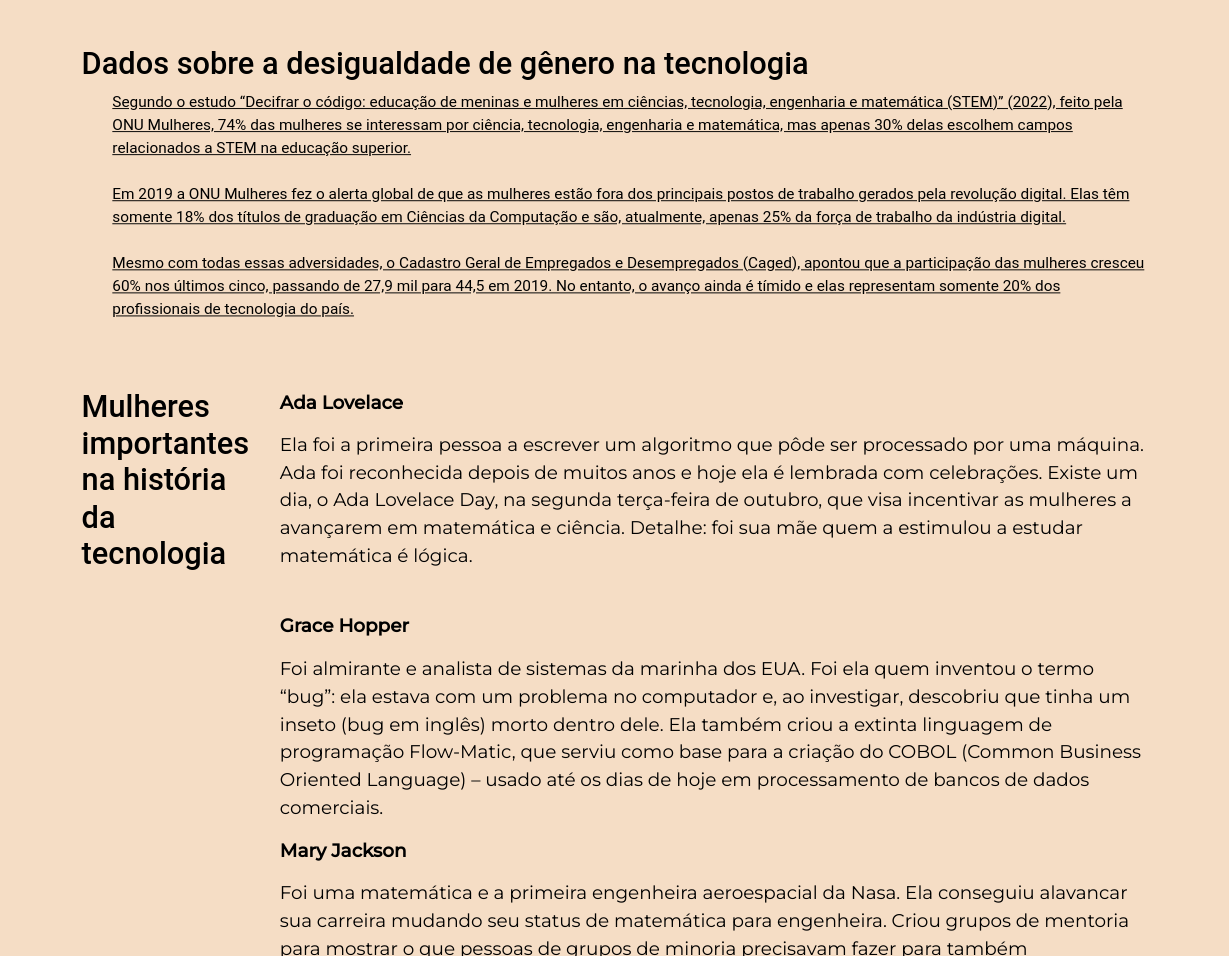
Repository: BellsBarbosa/ODS5_IGUALDADE_DE_GENERO
Page: index.html
An editor plug-in stored every save of this project. The page is shown before and after the next save, followed by the edit.
The browser window is 1280 px wide. The pictures show the part of the page from y = 1260 to 2256 px (the page is 3278 px tall before and 3192 px after), at 96% of full size.
A picture or video elsewhere on the page could not be fetched, so the positions and the page height are approximate.

Above is the page before, as saved 2023-08-11 15:18:27.

### index.html
<!DOCTYPE html>
<html lang="en">

<head>
    <meta charset="UTF-8">
    <meta name="viewport" content="width=device-width, initial-scale=1.0">
    <meta name="author" content="Isabel Barbosa, Bootstrap contributors">
    <title>ODS 5 - Igualdade de Gênero</title>
    <link href="https://cdn.jsdelivr.net/npm/bootstrap@5.3.0-alpha3/dist/css/bootstrap.min.css" rel="stylesheet"
        integrity="sha384-KK94CHFLLe+nY2dmCWGMq91rCGa5gtU4mk92HdvYe+M/SXH301p5ILy+dN9+nJOZ" crossorigin="anonymous">
    <link rel="stylesheet" href="https://cdn.jsdelivr.net/npm/bootstrap-icons@1.10.5/font/bootstrap-icons.css">
    <link rel="preconnect" href="https://fonts.googleapis.com">
    <link rel="preconnect" href="https://fonts.gstatic.com" crossorigin>
    <link
        href="https://fonts.googleapis.com/css2?family=Caveat:wght@500;700&family=Kalam&family=Montserrat:ital,wght@0,300;0,400;0,500;1,400;1,500;1,600&display=swap"
        rel="stylesheet">
    <link rel="stylesheet" href="style.css">
    </script>


</head>

<body>

    <header class="header-menu">
        <nav>
            <img src="IMG/ODS5-1.jpg" alt="ODS5" width="100%" height="100%"></a>
            <ul class="lista-menu">
                <li><a href="#ods">ODS</a> </li>
                <li><a href="#dados">Dados</a></li>
                <li><a href="#destaques">Destaques</a></li>
                <li><a href="#cards">Soluções</a></li>
                <li><a href="#contato">Contatos</a></li>
            </ul>
        </nav>

    </header>


    <div class="container col-xxl-8 px-4 py-5">
        <div class="row flex-lg-row-reverse align-items-center g-5 py-5">
            <div class="col-10 col-sm-8 col-lg-6">
                <img src="IMG/4029136.jpg" class="d-block mx-lg-auto img-fluid" alt="Bootstrap Themes" loading="lazy">
            </div>
            <div class="col-lg-6">
                <h1 class="display-5 fw-bold text-body-emphasis lh-1 mb-3">ODS 5 - IGUALDADE DE GÊNERO</h1>
                <p class="lead">Aumentar o uso de tecnologias de base, em particular as tecnologias de informação
                    <br>e comunicação, para promover o empoderamento das mulheres.
                </p>
                <a href="https://brasil.un.org/pt-br/sdgs/5" class="botao" target="_blank">Saiba mais</a>
                <div class="d-grid gap-2 d-md-flex justify-content-md-start">

                </div>
            </div>
        </div>
    </div>



    <section class="container-fluid" id="ods">
        <div class="row">
            <div class="column">
                <h2 id="h2-margin">O Que são as ODS?</h2>
                <p>Os Objetivos de Desenvolvimento Sustentável são um apelo global à ação para acabar com a
                    pobreza,
                    proteger o meio ambiente e o clima e garantir que as pessoas, em todos os lugares, possam
                    desfrutar de paz e de prosperidade. Estes são os objetivos para os quais as Nações Unidas
                    estão
                    contribuindo a fim de que possamos atingir a Agenda 2030 no Brasil. O objetivo escolhido foi
                    a ODS 5.B: Aumentar o uso de tecnologias de base, em particular as
                    tecnologias de informação e comunicação, para promover o empoderamento das mulheres.
                </p>
                <img src="IMG/odssss-1-scaled.jpg" align-items="left" alt="Crédito da imagem: Estratégia Ods"
                    width="600" height="330">
                </h1>
            </div>

            <div class="column">
                <h2>ODS 5 - Igualdade de Gênero</h2>
                <p><i>Juliette Erath</i></p>
                <p>"A desigualdade de gênero é em grande parte responsável pela diferença no ambiente de
                    trabalho e
                    nas habilidades em relação a um padrão no setor de tecnologia. Para enfrentar essa
                    desigualdade
                    internacional e crescente, um esforço com empenho precisa ser feito para compreender a
                    origem
                    desse problema e solucioná-lo (...) No Brasil, em 2019, apenas 26% dos formados na área STEM
                    eram mulheres." é o que nos diz <a
                        href="https://www.ironhack.com/br/pt/blog/desigualdade-de-genero-na-tecnologia-vamos-discuti-la"
                        class="link" target="_blank">Juliette Erath em seu texto para IRONHACK.</a></p>
                <iframe width="560" height="315" src="https://www.youtube.com/embed/go-VJzRqacE"
                    title="YouTube video player" frameborder="0"
                    allow="accelerometer; autoplay; clipboard-write; encrypted-media; gyroscope; picture-in-picture; web-share"
                    allowfullscreen></iframe>
            </div>
        </div>

    </section>
    <section class="container-fluid" id="dados">
        <article class="container article-lista">
            <div class="dados">
                <h2>Dados sobre a desigualdade de gênero na tecnologia</h2>
                <ul>
                    <li> <a href="https://blog.google/intl/pt-br/novidades/por-dentro-do-google/mind-the-gap-2022-incentivando-meninas-a-ingressarem-em-carreiras-na-area-de-tecnologia/#:~:text=Segundo%20o%20estudo%20%E2%80%9CDecifrar%20o,a%20STEM%20na%20educa%C3%A7%C3%A3o%20superior."
                            class="link" target="_blank">Segundo o estudo “Decifrar o código: educação de
                            meninas e
                            mulheres em ciências, tecnologia, engenharia e matemática (STEM)” (2022), feito pela
                            ONU
                            Mulheres, 74% das mulheres se interessam por ciência, tecnologia, engenharia e
                            matemática,
                            mas apenas 30% delas escolhem campos relacionados a STEM na educação superior.</a>
                    </li> </br>
                    <a href="http://www.onumulheres.org.br/noticias/onu-mulheres-defende-investimentos-publicos-e-privados-em-igualdade-de-genero-para-aumentar-participacao-de-meninas-e-mulheres-em-ciencia-e-tecnologia/"
                        class="link" target="_blank">Em 2019 a ONU Mulheres fez o alerta global de que as
                        mulheres estão
                        fora dos principais postos de trabalho gerados pela revolução digital. Elas têm somente
                        18% dos
                        títulos de graduação em Ciências da Computação e são, atualmente, apenas 25% da força de
                        trabalho da indústria digital.</a></li> </br> </br>
                    <li> <a href="https://www.vittude.com/blog/mulheres-na-tecnologia-os-desafios-femininos-no-setor/"
                            class="link" target="_blank"> Mesmo com todas essas adversidades, o Cadastro Geral
                            de
                            Empregados e Desempregados (Caged), apontou que a participação das mulheres cresceu
                            60% nos
                            últimos cinco, passando de 27,9 mil para 44,5 em 2019. No entanto, o avanço ainda é
                            tímido e
                            elas representam somente 20% dos profissionais de tecnologia do país.</a> </li>
                    </br>
                </ul> <br>

            </div>
        </article>
    </section>

    <section class="container-fluid" id="destaques">
        <article class="container article-lista">
            <div class="destaques">
                    <h2>Mulheres importantes na história da tecnologia</h2>

                <div class="lista-item">
                    <ul>
                        <li>
                            <p class="lista-titulo">Ada Lovelace</p>

                            <p class="lista-descricao">
                                Ela foi a primeira pessoa a escrever um algoritmo que pôde ser processado por
                                uma máquina.
                                Ada foi reconhecida depois de muitos anos e hoje ela é lembrada com celebrações.
                                Existe um
                                dia, o Ada Lovelace Day, na segunda terça-feira de outubro, que visa incentivar
                                as mulheres
                                a avançarem em matemática e ciência. Detalhe: foi sua mãe quem a estimulou a
                                estudar
                                matemática é lógica.</br>
                                </br>
                            </p>
                        </li>

                        <li>
                            <p class="lista-titulo">Grace Hopper</p>

                            <p class="lista-descricao">
                                Foi almirante e analista de sistemas da marinha dos EUA. Foi ela quem inventou o
                                termo
                                “bug”: ela estava com um problema no computador e, ao investigar, descobriu que
                                tinha um
                                inseto (bug em inglês) morto dentro dele. Ela também criou a extinta linguagem
                                de
                                programação Flow-Matic, que serviu como base para a criação do COBOL (Common
                                Business
                                Oriented Language) – usado até os dias de hoje em processamento de bancos de
                                dados
                                comerciais. </br>

                            </p>
                        </li>
                        <li>
                            <p class="lista-titulo">Mary Jackson</p>

                            <p class="lista-descricao">
                                Foi uma matemática e a primeira engenheira aeroespacial da Nasa. Ela conseguiu
                                alavancar sua
                                carreira mudando seu status de matemática para engenheira. Criou grupos de
                                mentoria para
                                mostrar o que pessoas de grupos de minoria precisavam fazer para também
                                conseguirem essa
                                promoção. </br>

                            </p>
                        </li>
                        <p class="fonte">FONTE: <a target="_blanck"
                                href="http://www.onumulheres.org.br/noticias/onu-mulheres-defende-investimentos-publicos-e-privados-em-igualdade-de-genero-para-aumentar-participacao-de-meninas-e-mulheres-em-ciencia-e-tecnologia/">Mulheres
                                em tecnologia: e se fôssemos 50%?</a></p>

                </div>

            </div>

        </article>
    </section>

    <section class="container-fluid" id="cards">
        <div class="row row-cols-1 row-cols-md-3 g-4">
            <div class="col">
                <div class="card">
                    <img src="IMG/criança.jpg" class="card-img-top" alt="...">
                    <div class="card-body">
                        <h5 class="card-title text-center">Introduza meninas ao mundo da tecnologia</h5>
                        <p class="card-text justify-content-evenly">Apresentar as meninas ao mundo da tecnologia expande
                            as chances delas desenvolverem suas habilidades e criatividade,
                            proporcionando a elas a chance de inventar, criar e aprender sobre a área.</p>
                    </div>
                </div>
            </div>
            <div class="col">
                <div class="card">
                    <img src="IMG/mulher_liderança.jpg" class="card-img-top" alt="...">
                    <div class="card-body">
                        <h5 class="card-title text-center">Comemore as mulheres na liderança</h5>
                        <p class="card-text justify-content-evenly">Divulgar a jornadas de mulheres que impactaram na
                            tecnologia, e celebrar o trabalho dessas vitoriosas, irá inspirar
                            nossas meninas e mulheres a iniciar suas próprias carreiras na área tecnológica..</p>
                    </div>
                </div>
            </div>
            <div class="col">
                <div class="card">
                    <img src="IMG/parcerias.jpg" class="card-img-top" alt="...">
                    <div class="card-body">
                        <h5 class="card-title text-center">Estabeleça parcerias e oportunidades</h5>
                        <p class="card-text justify-content-evenly">Realizar parcerias com entidades que utilizam a
                            tecnologia como instrumento para diminuir a desigualdade de gênero irá
                            expandir o alcance desses projetos, aumentando assim a inserção de mulheres na
                            tecnologia.</p>
                    </div>
                </div>
            </div>

        </div>
    </section> <br>


    <footer class="rodape" id="contato">
        <div class="container">
            <div class="row">
                <div class="column">
                    <ul class="lista-rodape">
                        <li> <i class="bi bi-envelope"></i><a href="barbosa.isabelcristina@gmail.com" target="_blank"
                                class="link-icone">
                                barbosa.isabelcristina@gmail.com</a></li>
                        <li><i class="bi bi-linkedin"></i><a href="https://www.linkedin.com/in/isabel-barbosa-aa080456/"
                                target="_blank" class="link-icone"> Isabel Barbosa</a></li>
                        <li><i class="bi bi-github"></i><a href="https://github.com/BellsBarbosa" target="_blank"
                                class="link-icone">
                                BellsBarbosa</a></li>
                        <li><i class="bi bi-arrow-up-square-fill"></i><a href="#top" class="link-icone"> Topo da
                                página</a></li>

                    </ul>
                </div>
                <div class="column">
                    <ul class="lista-rodape">
                        <li>Créditos:</li>
                        <li>Imagem ODS:<a href="https://estrategiaods.org.br/" target="_blank" class="link-icone">
                                Estratégia ODS</a></li>
                        </li>
                        <li>Hero Image:<a
                                href="https://br.freepik.com/vetores-gratis/conceito-de-igualdade-de-genero_8925920.htm#query=igualdade%20de%20genero&position=0&from_view=search&track=ais">Imagem
                                de pikisuperstar</a> no Freepik</li>
                        </li>
                        <li> Video: <a href="https://www.youtube.com/watch?v=go-VJzRqacE&ab_channel=CentroCulturalLight"
                                target="_blank" class="link-icone">
                                Centro Cultural Light</a></li>
                        </li>
                        <li> Card 1: <a
                                href="https://br.freepik.com/fotos-gratis/garotinha-afro-americana-feliz-durante-videochamada-com-laptop_20052825.htm#query=meninas%20na%20tecnologia&position=14&from_view=search&track=ais">Imagem
                                de master1305</a> no Freepik
                        </li>
                        <li> Card 2: <a
                                href="https://br.freepik.com/fotos-gratis/mulher-afro-americana-confiante-com-documentos-em-papel_6882196.htm#query=mulheres%20na%20lideran%C3%A7a&position=19&from_view=search&track=ais">Imagem
                                de pch.vector</a> no Freepik
                        </li>
                        <li> Card 3: <a
                                href="https://br.freepik.com/fotos-gratis/mulheres-de-negocios-felizes-apoiando-uns-aos-outros-e-de-maos-dadas-em-um-cafe_26402023.htm#query=mulheres%20na%20lideran%C3%A7a&position=17&from_view=search&track=ais">Imagem
                                de Drazen Zigic</a> no Freepik
                        </li>
                    </ul>
                </div>
            </div>


        </div>
    </footer>

### style.css
 @import url('https://fonts.googleapis.com/css2?family=Caveat:wght@500;700&family=Kalam&family=Montserrat:ital,wght@0,300;0,400;0,500;1,400;1,500;1,600&display=swap');

 * {

   margin: 0;

   padding: 0;

   outline: 0;
 }

 body {

   font-family: 'Roboto', sans-serif;
   margin: 0;
   background-color: #f5ddc5;
   display: flex;
   min-height: 100vh;
   flex-direction: column;
   margin-top: 0%;
   position: relative;
   width: 100%;
   margin: 0 auto;
   padding: 0;

 }

 p {
   font-size: 1.2em;
   font-family: 'Montserrat', sans-serif;
   color: #000000;

 }

 a {
   color: rgb(0, 0, 0);
 }

 .h2 {
   color: #0b0b0b
 }

 li {

   list-style: none;
 }

 .header-menu {

   display: flex;
   position: fixed;
   width: 100%;
   padding: 8px;
   padding-bottom: 32px;
   padding-top: 32px;
   height: 30px;
   background-color: #6e999c;
 }

 .header-menu nav {
   display: flex;
   justify-content: flex-end;
   width: 100%;
 }

 .lista-menu {
   display: flex;
   justify-content: space-evenly;
   width: 50%;
   align-items: center;
 }

 .lista-menu li>a {
   color: #FFF;
   font-size: 18px;
   text-decoration: inherit;
 }

 .botao {
   border-radius: 8px;
   border: 1px solid #9fadaa;
   color: #9fadaa;
   font-size: 1.2em;
   line-height: 25px;
   text-align: center;
   text-decoration: none;
   text-transform: uppercase;
   padding: 10px 20px 10px 20px;
   position: relative;
   width: 200px;
 }

 .botao a {
   padding-left: 20%;
 }

 .botao a:hover {
   color: #000000;
   font-size: 1.2em;
 }


 .column {
   float: left;
   width: 50%;
   padding: 3%;
   color: #000000;
   text-align: justify;
 }

 /* Clear floats after the columns */
 .row:after {
   content: "";
   display: table;
   clear: both;
 }

 .ods {
   padding-bottom: 3%;
 }

 .dados {
   padding: 3px;
   align-content: center;
   color: #000000
 }

 .destaques {
   padding: 3px;
   align-content: center;
   color: #000000;
   padding-bottom: 3%;
   display: flex;
 }

 .cards {

   padding: 3px;
   align-content: center;
   color: #000000;
   padding-bottom: 3%;
 }

 .lista-titulo {
   font-weight: 600;

 }

 .rodape {
   height: 300px;
   display: flex;
   align-items: center;
   background-color: #6e999c;

 }

 .lista-rodape {
   color: #000000;
   font-weight: 700;
   font-size: 20px;
   margin-bottom: 16px;
   display: flex;
   align-items: flex-start;
   flex-direction: column;

 }

 .estilo-icone {
   font-size: 32px;
   margin-right: 10px;
  }

After the next save:
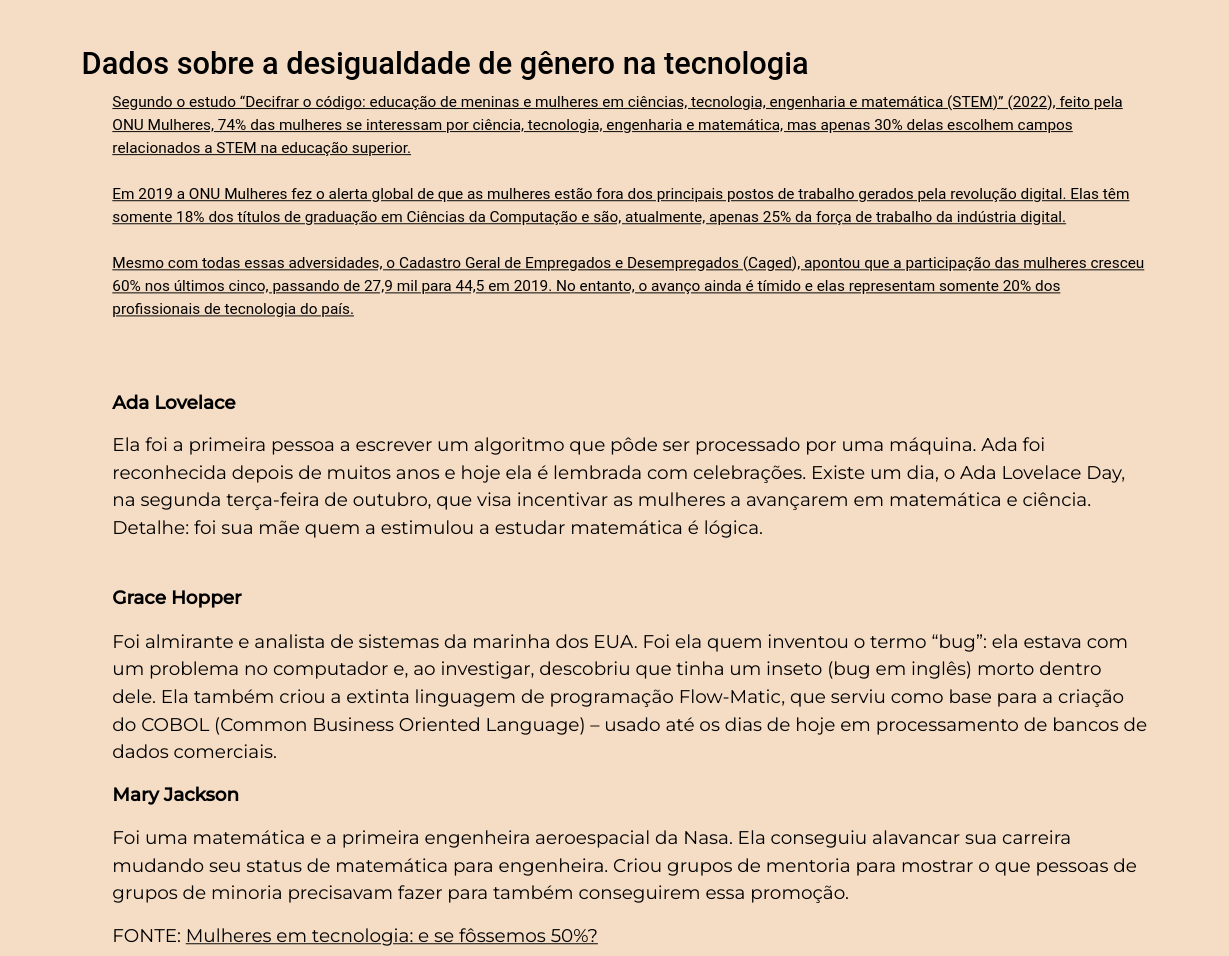
Saved 20 s later.
--- a/index.html
+++ b/index.html
@@ -135,7 +135,7 @@
     <section class="container-fluid" id="destaques">
         <article class="container article-lista">
             <div class="destaques">
-                    <h2>Mulheres importantes na história da tecnologia</h2>
+
 
                 <div class="lista-item">
                     <ul>
